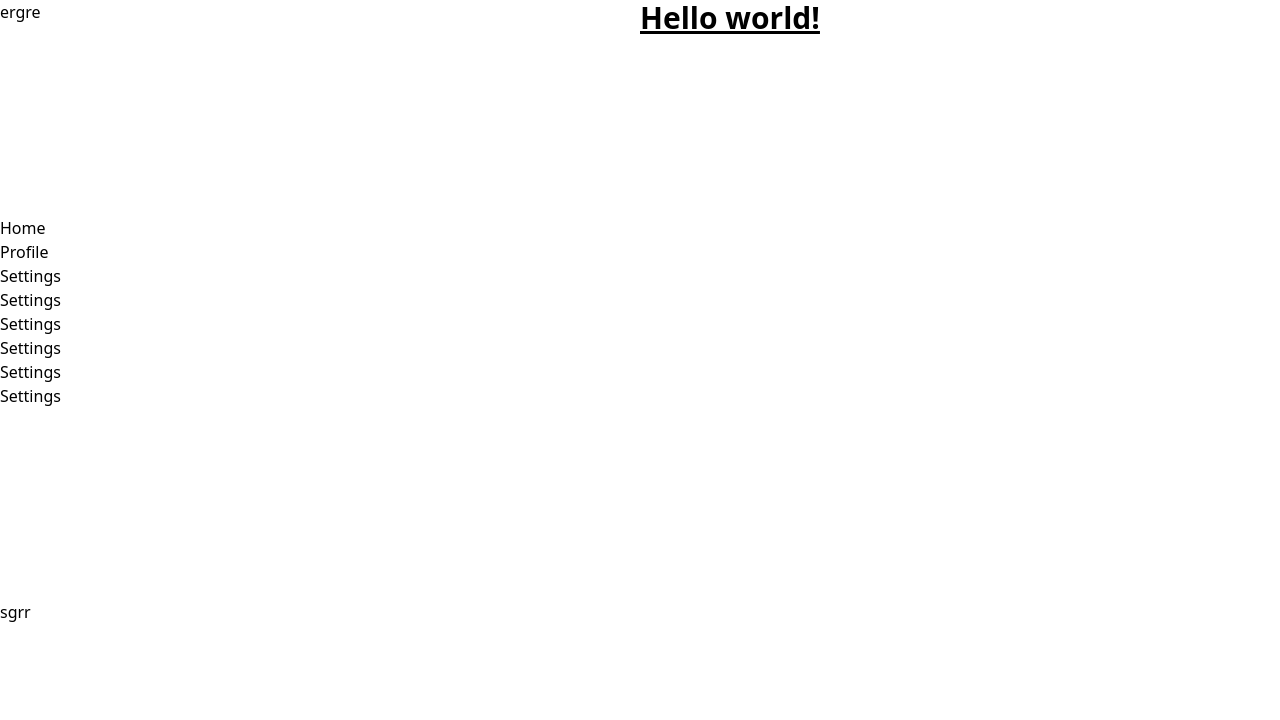
Repository: Yh010/dukaanDashboard
Page: /
These files come from the project's save history. The page is drawn as it stood at one moment and after the next save; the edit follows.
The browser window is 1280 px wide. The pictures show the whole page.
The project was rebuilt for these pictures with package versions that can differ from the ones it lists, and the page was loaded fresh each time. Also part of the build but not shown: vite.config.js, src/App.css.

Above is the page before, as saved 2024-01-21 11:18:38.

After the next save:
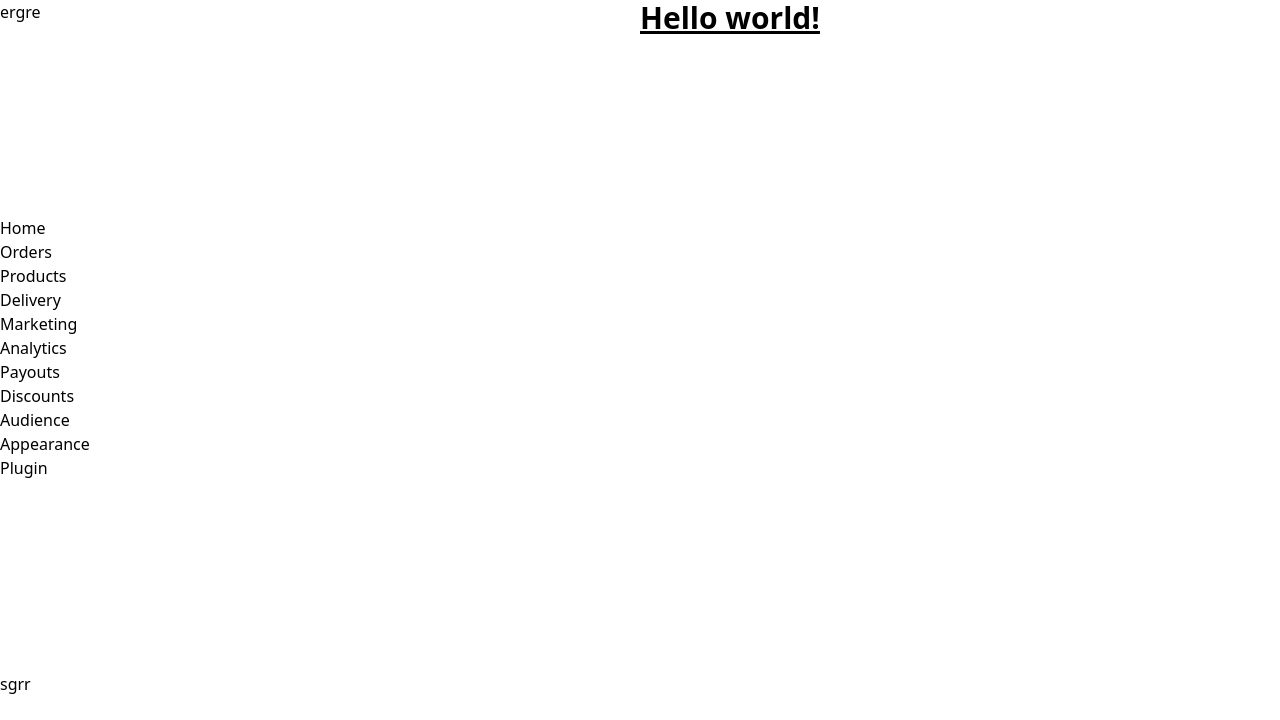
Saved 111 s later.
--- a/src/components/sidenavbar.jsx
+++ b/src/components/sidenavbar.jsx
@@ -10,13 +10,16 @@ function SideNavBar() {
             <div id="items">
                 <ul>
                     <li>Home</li>
-                    <li>Profile</li>
-                    <li>Settings</li>
-                    <li>Settings</li>
-                    <li>Settings</li>
-                    <li>Settings</li>
-                    <li>Settings</li>
-                    <li>Settings</li>
+                    <li>Orders</li>
+                    <li>Products</li>
+                    <li>Delivery</li>
+                    <li>Marketing</li>
+                    <li>Analytics</li>
+                    <li>Payouts</li>
+                    <li>Discounts</li>
+                    <li>Audience</li>
+                    <li>Appearance</li>
+                    <li>Plugin</li>
 
                  </ul>
             </div>
